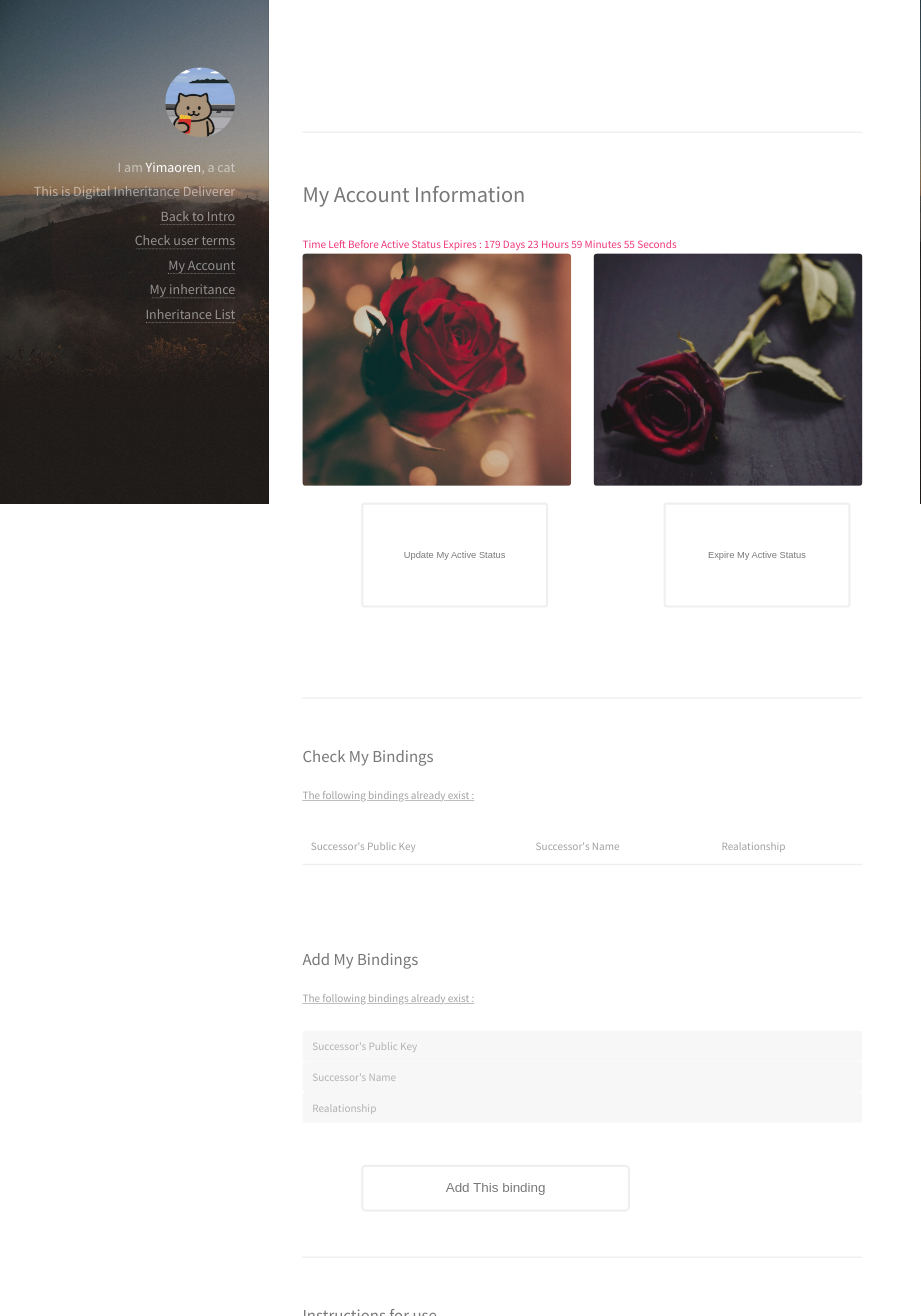
Repository: 1mocat/DID-blockchain-project
Page: Digital_I_D/app/src/my_inher.html
An editor plug-in stored every save of this project. The page is shown before and after the next save, followed by the edit.
The browser window is 1280 px wide. The page is 1315 px wide, so the pictures cover 1315 px, including what lies to the right of the window. The pictures show the part of the page from y = 0 to 1880 px (the page is 2434 px tall before and 2610 px after), at 70% of full size.

Above is the page before, as saved 2023-10-03 13:16:09.

After the next save:
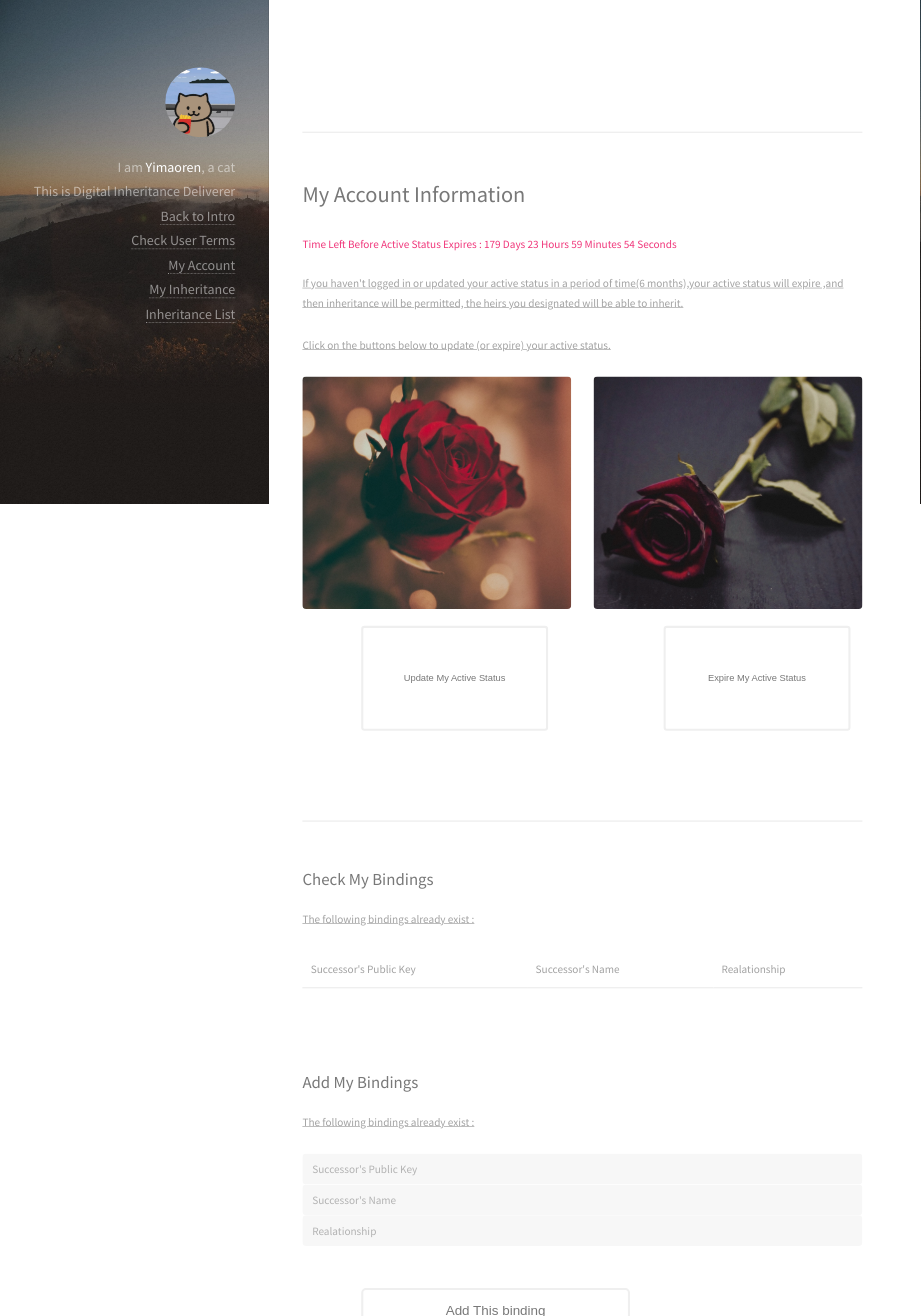
Saved 13 s later.
--- a/Digital_I_D/app/src/my_inher.html
+++ b/Digital_I_D/app/src/my_inher.html
@@ -67,9 +67,9 @@
 			<h1>I am <strong>Yimaoren</strong>, a cat<br /></h1>
 			<h1>This is Digital Inheritance Deliverer</h1>
 			<h1><a href="index.html">Back to Intro</a></h1>
-			<h1><a href="UserAgreement.html">Check user terms</a></h1>
+			<h1><a href="UserAgreement.html">Check User Terms</a></h1>
 			<h1><a href="myaccount.html">My Account</a></h1>
-			<h1><a href="my_inher.html">My inheritance</a></h1>
+			<h1><a href="my_inher.html">My Inheritance</a></h1>
 			<h1><a href="inher_list.html">Inheritance List</a></h1>
 		</div>
 	</header>
@@ -111,6 +111,12 @@
 					setInterval(updateCountdown, 1000);
 				</script>
 			</header>
+
+			<p><br><u>If you haven't logged in or updated your active status in a period of time(6 months),your active
+					status will expire ,and then inheritance will be permitted, the heirs you designated will be able to
+					inherit.</u>
+			</p>
+			<p><u> Click on the buttons below to update (or expire) your active status. </u> </p>
 
 			<div class="row">
 				<article class="col-6 col-12-xsmall work-item">
